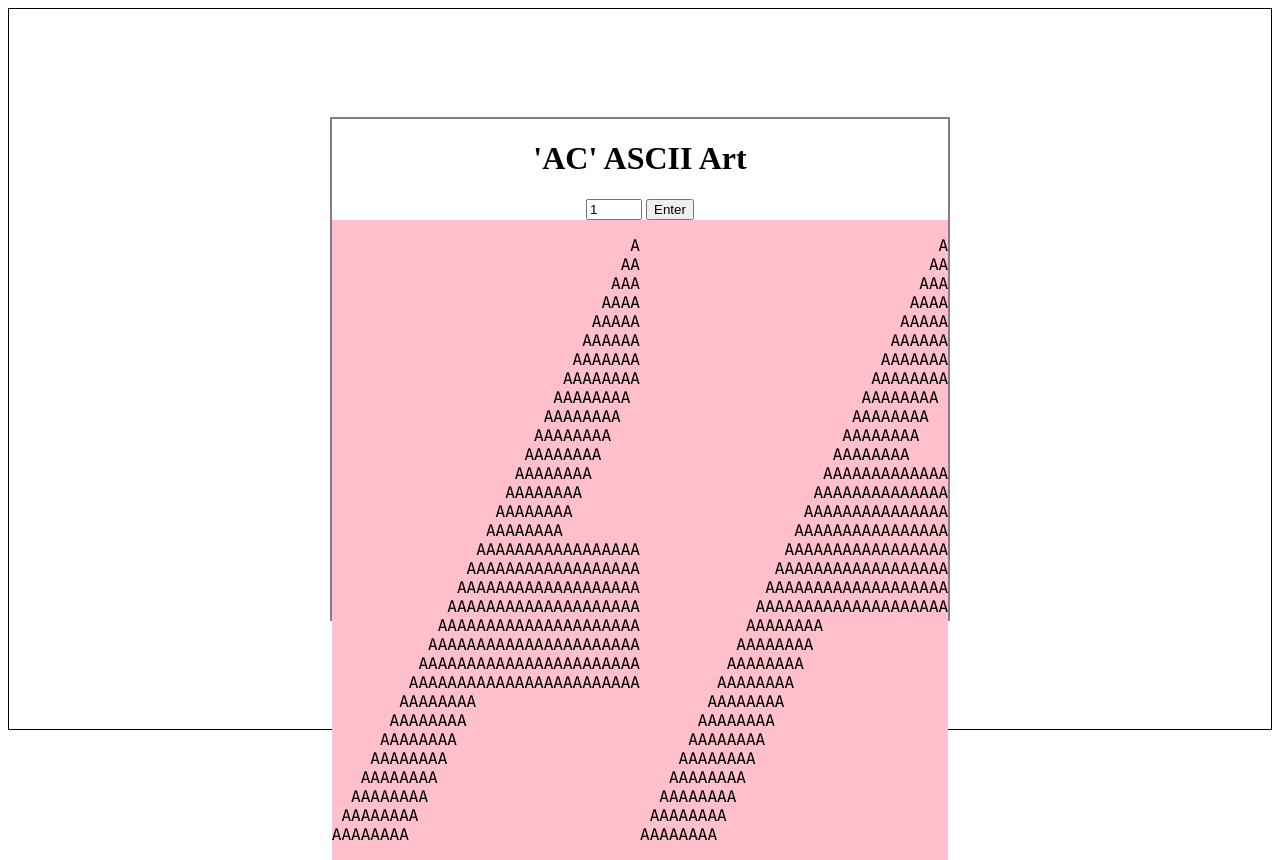
Repository: Achorn/ascii-art
Page: index.html
These files come from the project's save history. The page is drawn as it stood at one moment and after the next save; the edit follows.
The browser window is 1280 px wide. The pictures show the whole page.

Above is the page before, as saved 2021-08-09 18:24:39.

After the next save:
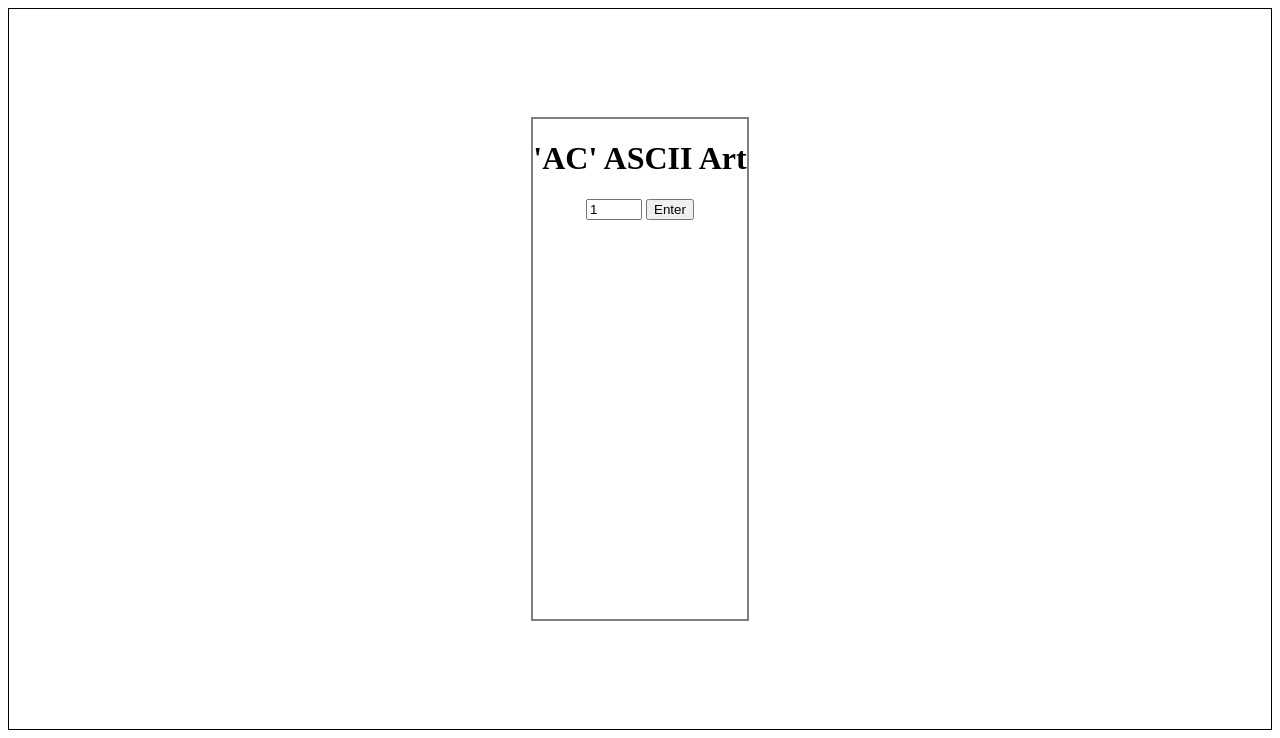
Console error: ReferenceError: eight is not defined
Saved 115 s later.
--- a/myscripts.js
+++ b/myscripts.js
@@ -14,17 +14,6 @@ let four = [
   [" ", " ", "A", " "],
   [" ", "A", "A", "A"],
   ["A", " ", " ", " "],
-];
-
-let eight = [
-  [" ", " ", " ", " ", " ", " ", " ", "A"],
-  [" ", " ", " ", " ", " ", " ", "A", "A"],
-  [" ", " ", " ", " ", " ", "A", "A", " "],
-  [" ", " ", " ", " ", "A", "A", "A", "A"],
-  [" ", " ", " ", "A", "A", "A", "A", "A"],
-  [" ", " ", "A", "A", " ", " ", " ", " "],
-  [" ", "A", "A", " ", " ", " ", " ", " "],
-  ["A", "A", " ", " ", " ", " ", " ", " "],
 ];
 
 function scaleSpread(array, factor) {
@@ -82,6 +71,6 @@ trimA(scaledEight, 4);
 // mono.innerHTML = halfArrToString(scaleSpread(four, 7));
 // monoA.style.fontSize = `${4 / scale / 2}em`;
 // monoC.style.fontSize = `${4 / scale}em`;
-monoA.innerHTML = arrToString(scaledFour);
+monoA.innerHTML = halfArrToString(scaledFour);
 monoC.innerHTML = arrToString(scaledEight);
 // mono.innerHTML += arrToString(scaleSpread(eight, 1));

After the 2 saves that followed:
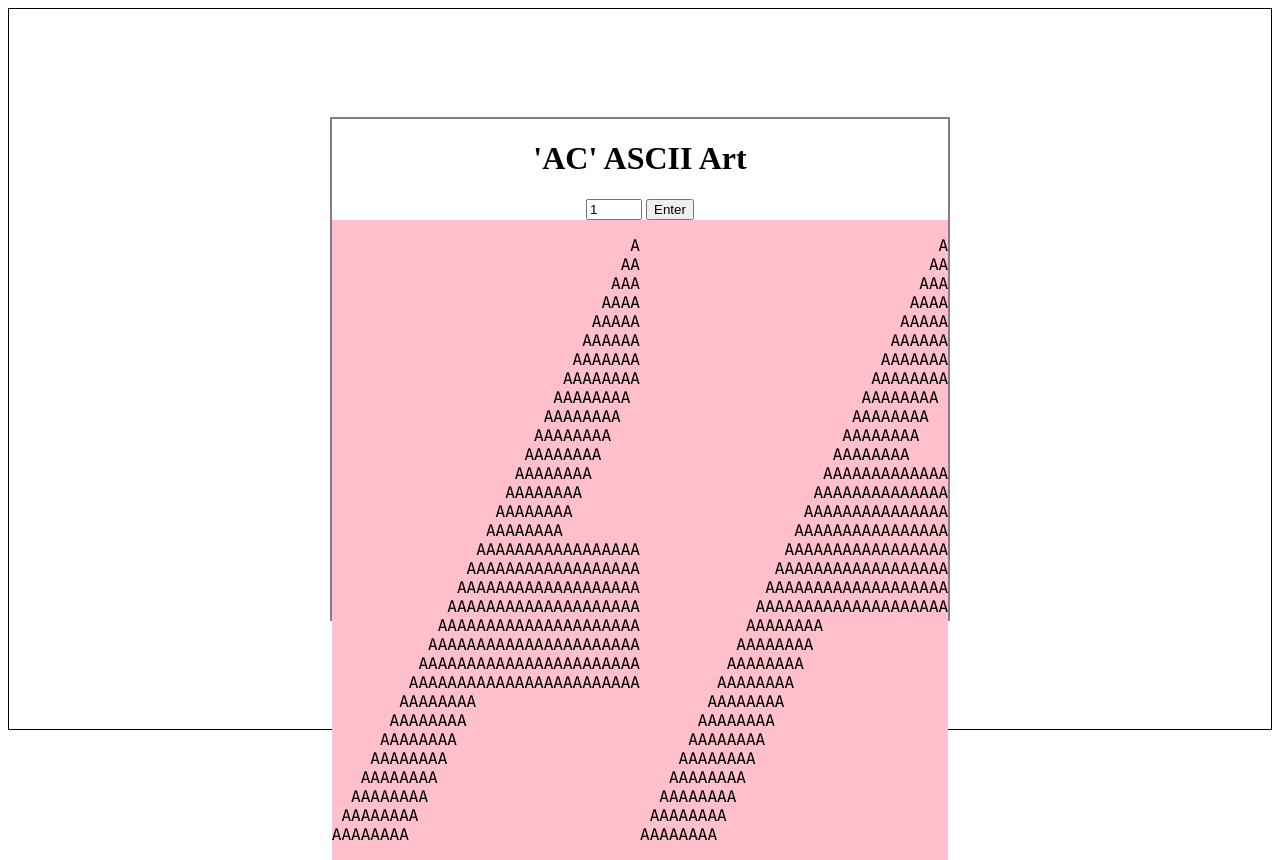
The error is gone.
The 2 saves are shown as one change because 1 left the picture as it was.
The last was saved 27 s later.
--- a/myscripts.js
+++ b/myscripts.js
@@ -14,6 +14,17 @@ let four = [
   [" ", " ", "A", " "],
   [" ", "A", "A", "A"],
   ["A", " ", " ", " "],
+];
+
+let eight = [
+  [" ", " ", " ", " ", " ", " ", " ", "A"],
+  [" ", " ", " ", " ", " ", " ", "A", "A"],
+  [" ", " ", " ", " ", " ", "A", "A", " "],
+  [" ", " ", " ", " ", "A", "A", "A", "A"],
+  [" ", " ", " ", "A", "A", "A", "A", "A"],
+  [" ", " ", "A", "A", " ", " ", " ", " "],
+  [" ", "A", "A", " ", " ", " ", " ", " "],
+  ["A", "A", " ", " ", " ", " ", " ", " "],
 ];
 
 function scaleSpread(array, factor) {
@@ -71,6 +82,6 @@ trimA(scaledEight, 4);
 // mono.innerHTML = halfArrToString(scaleSpread(four, 7));
 // monoA.style.fontSize = `${4 / scale / 2}em`;
 // monoC.style.fontSize = `${4 / scale}em`;
-monoA.innerHTML = halfArrToString(scaledFour);
+monoA.innerHTML = arrToString(scaledFour);
 monoC.innerHTML = arrToString(scaledEight);
 // mono.innerHTML += arrToString(scaleSpread(eight, 1));
